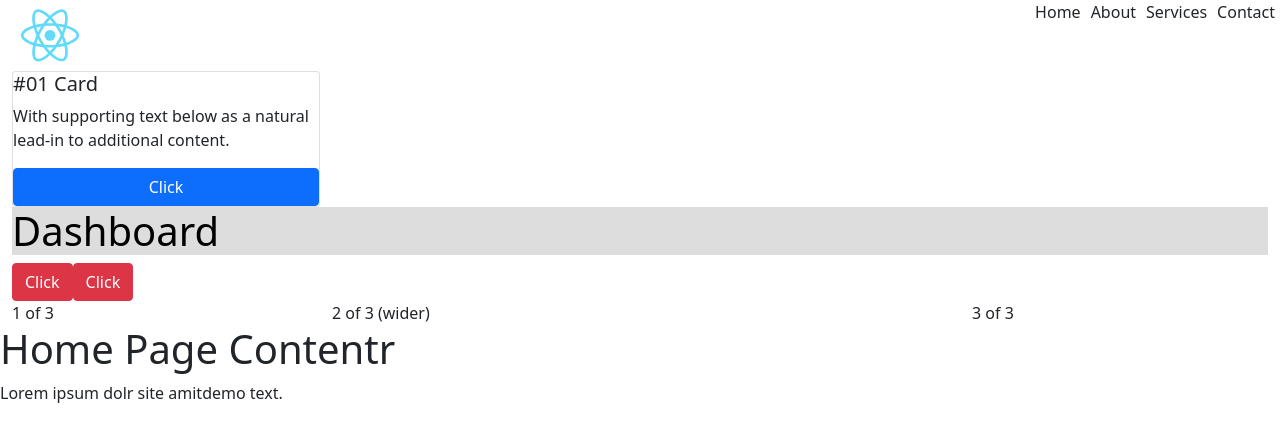
Repository: rudra319/react
Page: /
An editor plug-in stored every save of this project. The page is shown before and after the next save, followed by the edit.
The browser window is 1280 px wide. The pictures show the whole page.
The project was rebuilt for these pictures with package versions that can differ from the ones it lists, and the page was loaded fresh each time. Also part of the build but not shown: src/App.css.

Above is the page before, as saved 2022-05-17 17:24:43.

After the next save:
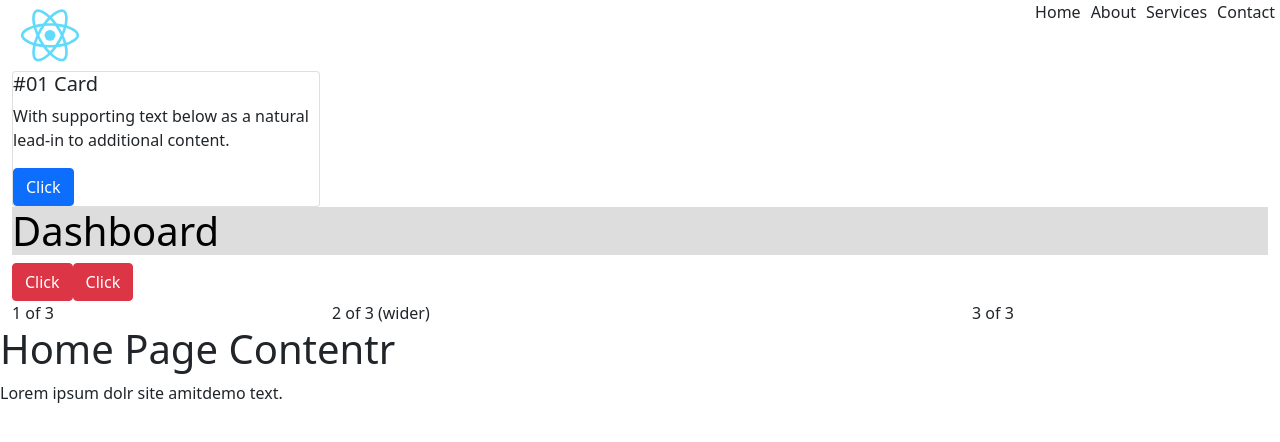
Saved 36 s later.
--- a/src/pages/dashboard/Chinmayee.jsx
+++ b/src/pages/dashboard/Chinmayee.jsx
@@ -16,10 +16,12 @@
             <Row>
                 <Col>
                     <Card className='w-50'>
-
-                            <h5 className="card-title">#01 Card</h5>
+                        <CardGroup>
+                        <h5 className="card-title">#01 Card</h5>
                             <p className="card-text">With supporting text below as a natural lead-in to additional content.</p>
                             <Button variant="primary" onClick={()=>setFlag(!flag)}>Click</Button>
+                        </CardGroup>
+
                     </Card>
 
 
